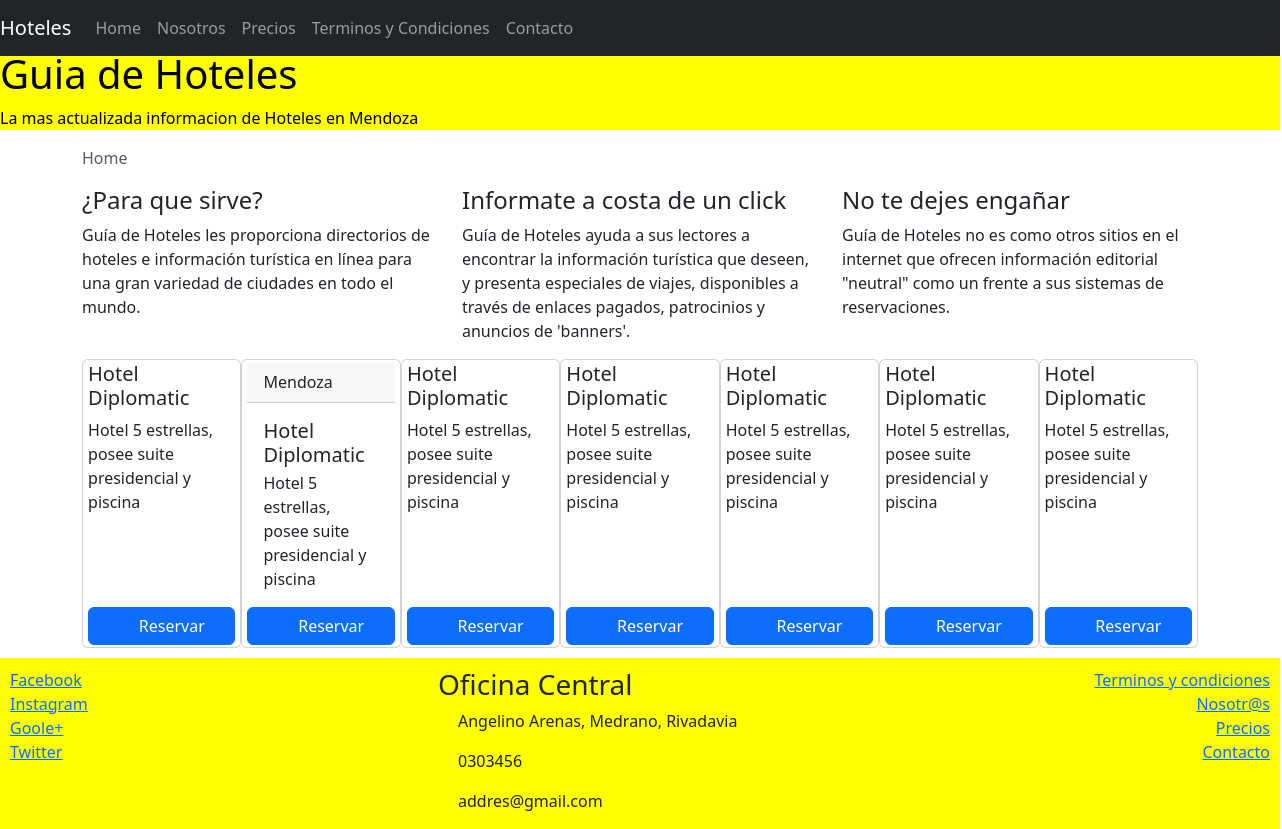
Repository: JulianMoralesSantoni/PaginaHoteles
Page: index.html
An editor plug-in stored every save of this project. The page is shown before and after the next save, followed by the edit.
The browser window is 1280 px wide. The page is 1282 px wide, so the pictures cover 1282 px, including what lies to the right of the window. The pictures show the whole page.
Some web fonts or font styles are not loaded; a fallback is used. Some web libraries are served in a nearby version.

Above is the page before, as saved 2021-03-30 01:13:07.

After the next save:
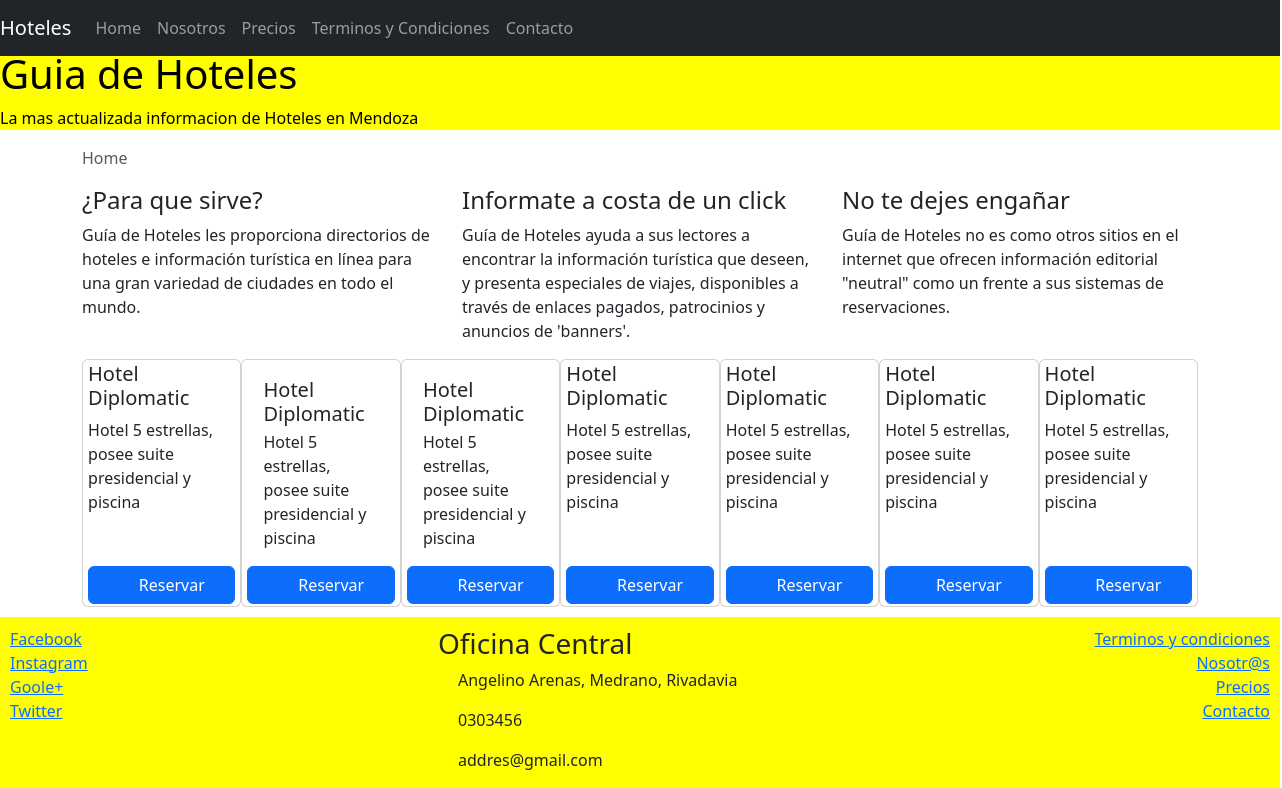
Saved 33 s later.
--- a/index.html
+++ b/index.html
@@ -101,15 +101,17 @@
 
     </div>
 
-    <div class=" card card-hotel d-flex flex-column justify-content-between">
-           <div>
-             <h5>Hotel Diplomatic</h5>
-              <p>Hotel 5 estrellas, posee suite presidencial y piscina</p></div>
-              <div><button class="btn btn-primary  btn-reserva"><span class="oi oi-plus footer-address-icon" ></span>Reservar</button></div>
-            </div>
+    <div class="card card-hotel d-flex flex-column justify-content-between ml-2">
+
+      <div class="card-body">
+               <h5 class="card-title">Hotel Diplomatic</h5>
+               <h6 class="card-subtitle"></h6>
+                <p class="card-text">Hotel 5 estrellas, posee suite presidencial y piscina</p></div>
+                <div><button class="btn btn-primary  btn-reserva"><span class="oi oi-plus footer-address-icon" ></span>Reservar</button></div>
+              </div>
 
   <div class="card card-hotel d-flex flex-column justify-content-between ml-2">
-    <div class="card-header">Mendoza</div>
+
     <div class="card-body">
              <h5 class="card-title">Hotel Diplomatic</h5>
              <h6 class="card-subtitle"></h6>
